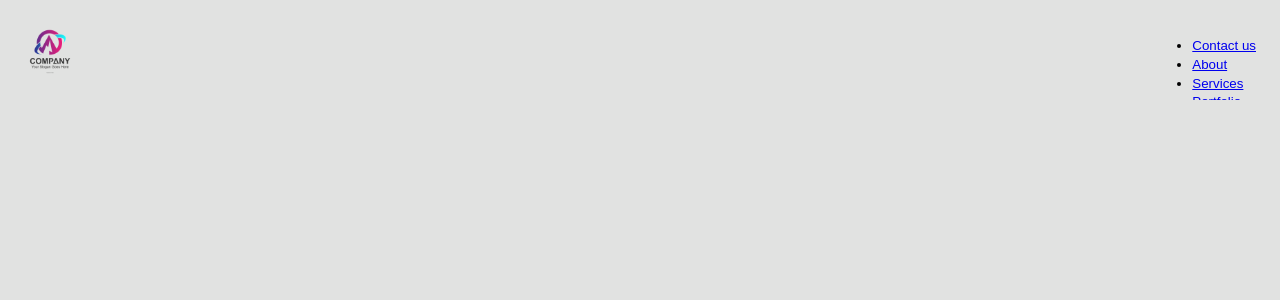
Repository: wisdomspine/emmatech-website
Page: index.html
The author's editor kept a copy of each file at every save. The page is drawn from the files as they stood at one save, then again after the next save.
The browser window is 1280 px wide. The pictures show the whole page.

Above is the page before, as saved 2020-09-18 13:07:17.

### index.html
<!DOCTYPE html>
<html lang="en">

<head>
    <meta charset="UTF-8">
    <meta name="viewport" content="width=device-width, initial-scale=1.0 max-scale=1.0">
    <title>Emmatech ICT</title>
    <link rel="stylesheet" href="./assets/styles/styles.css">
</head>

<body>
    <header class="header">
        <div>
            <img src="./assets/images/logo.png" alt="">
        </div>
        <nav>
            <ul>
                <li>
                    <a href="#">Contact us</a>
                </li>
                <li>
                    <a href="#">About</a>
                </li>
                <li>
                    <a href="#">Services</a>
                </li>
                <li>
                    <a href="#">Portfolio</a>
                </li>
            </ul>
        </nav>
    </header>
</body>

</html>

### assets/styles/styles.css
@import "./preset.css";
@import "./page-header.css";

### assets/styles/preset.css
@import "./variables.css";
* {
  box-sizing: border-box;
  text-rendering: optimizeLegibility;
  -webkit-font-smoothing: antialiased;
  -moz-osx-font-smoothing: grayscale;
  font-kerning: auto;
}
html {
  font-size: 10pt;
  line-height: 1.4;
  font-weight: 400;
  font-family: "Source Sans Pro", sans-serif;
  -webkit-text-size-adjust: 100%;
}
body {
  margin: 0;
  background-color: var(--bg-color);
}

### assets/styles/page-header.css
@import "./variables.css";
.header {
  display: flex;
  flex-flow: row nowrap;
  justify-content: space-between;
  padding: var(--padding-large);
  height: var(--header-height);
  overflow: hidden;
}

.header img {
  display: block;
  height: 100%;
}

### assets/styles/variables.css
:root {
  --bg-color: #e1e2e1;
  --padding-large: 24px;
  --header-height: 100px;
  --card-color: #ffffff;
}

After the next save:
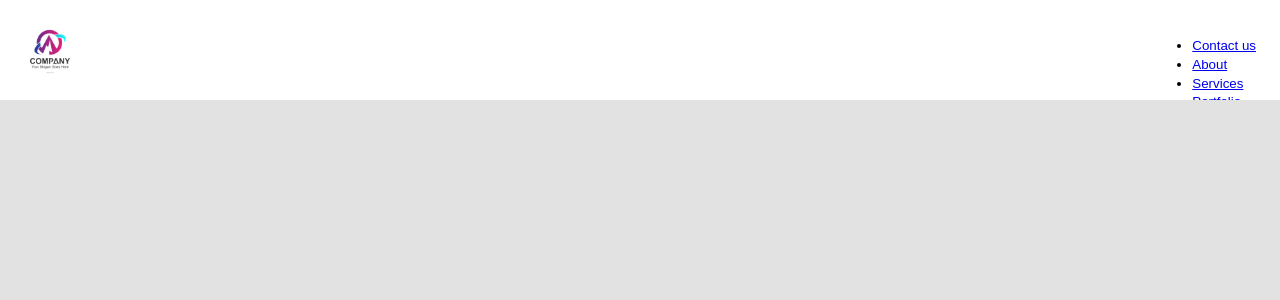
Saved 11 s later.
--- a/assets/styles/page-header.css
+++ b/assets/styles/page-header.css
@@ -6,6 +6,7 @@
   padding: var(--padding-large);
   height: var(--header-height);
   overflow: hidden;
+  background-color: var(--card-color);
 }
 
 .header img {
